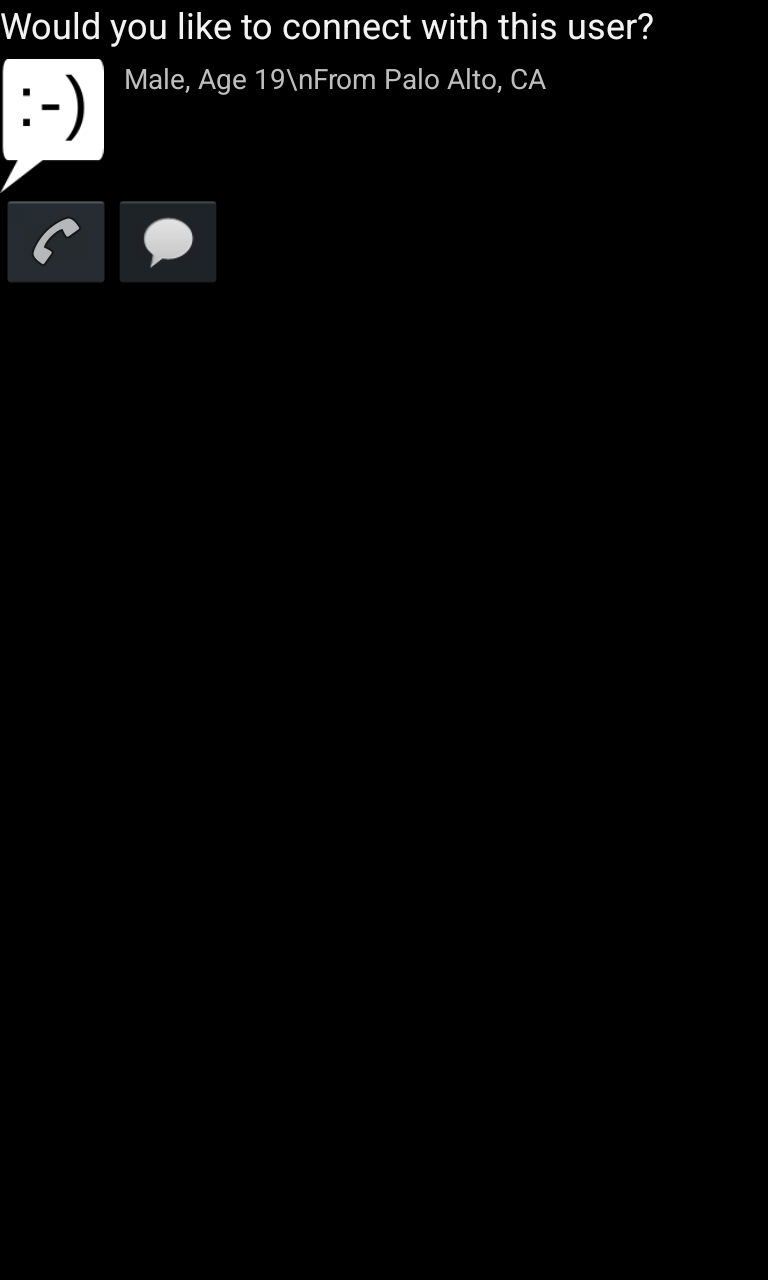
Repository: thomasteisberg/FamiliarFaces
Layout: Android/FamiliarFacesAndroid/res/layout/proposeconnection.xml
The author's editor kept a copy of each file at every save. The layout is drawn from the files as they stood at one save, then again after the next save.
It is drawn on a 768 x 1280 px phone screen (xhdpi) without system bars, with theme android:Theme.Holo; the app's code is not run.

Above is the layout before, as saved 2014-02-15 14:13:44.

After the next save:
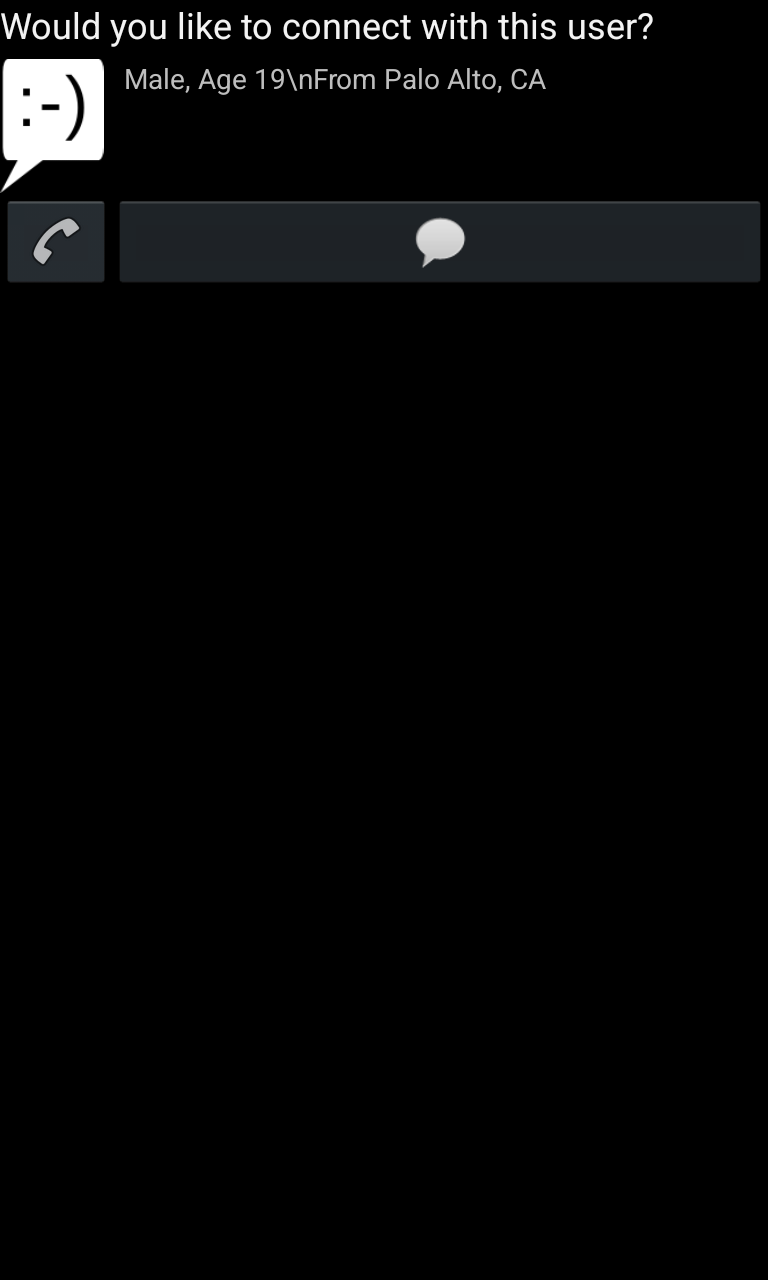
Saved 51 s later.
--- a/Android/FamiliarFacesAndroid/res/layout/proposeconnection.xml
+++ b/Android/FamiliarFacesAndroid/res/layout/proposeconnection.xml
@@ -50,6 +50,7 @@
             android:layout_height="wrap_content"
             android:layout_alignParentLeft="true"
             android:layout_below="@+id/imageButton1"
+            android:layout_alignParentLeft="true"
             android:src="@android:drawable/ic_menu_call" />
 
         <ImageButton
@@ -58,6 +59,7 @@
             android:layout_height="wrap_content"
             android:layout_centerVertical="true"
             android:layout_toRightOf="@+id/imageButton1"
+            android:layout_alignParentRight="true"
             android:src="@android:drawable/sym_action_chat" />
 
     </RelativeLayout>
